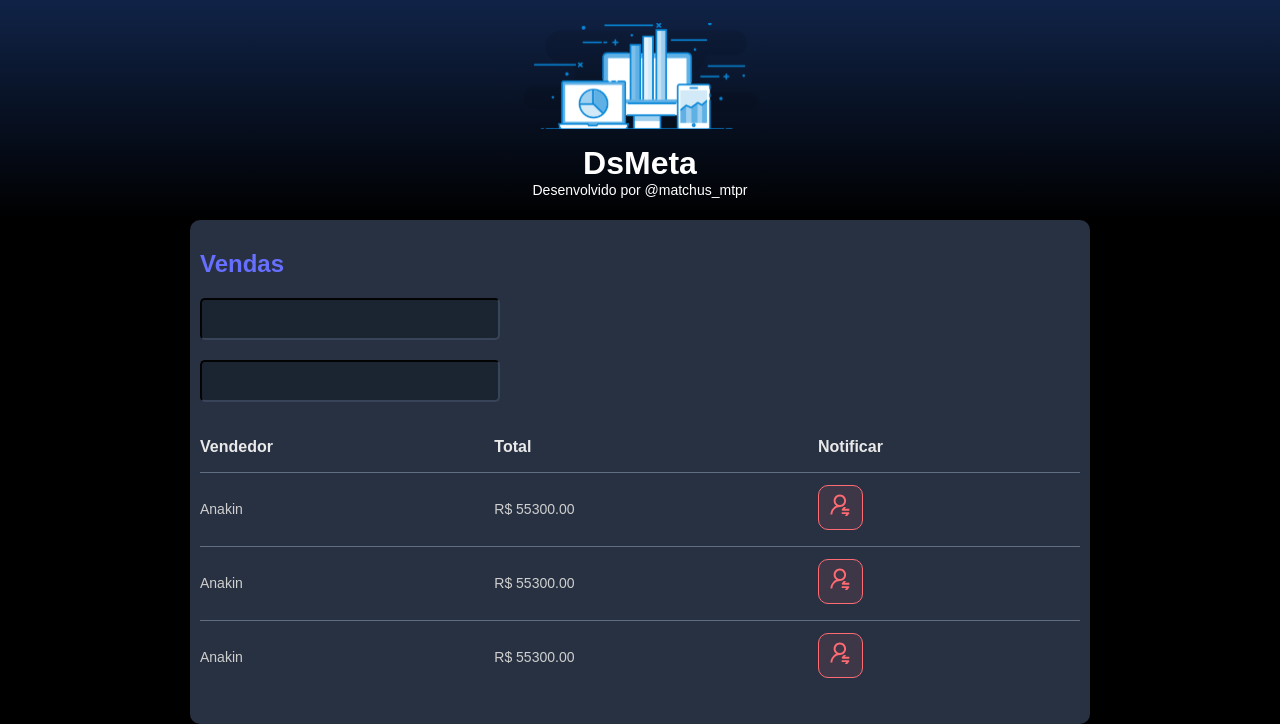
Repository: MatheusAlvesPereiraRosa/ds-meta
Page: index.html
These files come from the project's save history. The page is drawn as it stood at one moment and after the next save; the edit follows.
The browser window is 1280 px wide. The pictures show the whole page.

Above is the page before, as saved 2022-09-05 16:37:23.

After the next save:
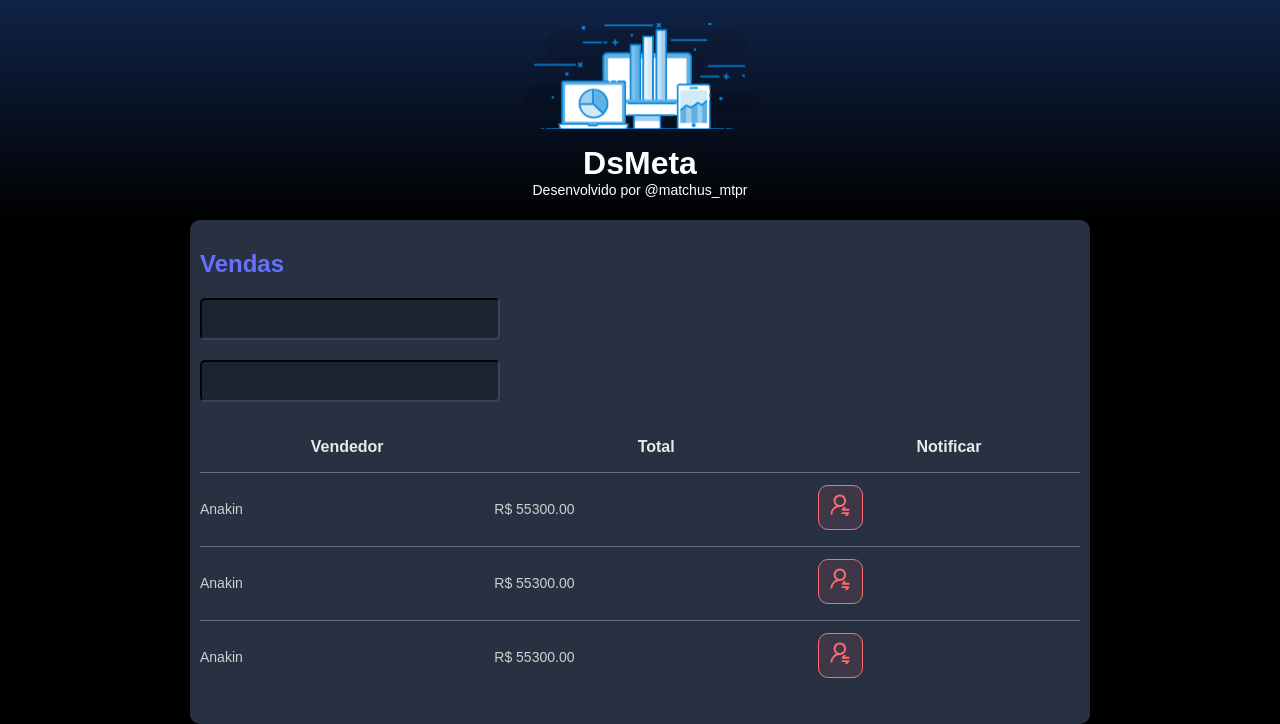
Saved 33 s later.
--- a/index.html
+++ b/index.html
@@ -39,9 +39,9 @@
               <table class="dsmeta-sales-table">
                 <thead>
                   <tr>
-                    <td>Vendedor</td>
-                    <td>Total</td>
-                    <td>Notificar</td>
+                    <th>Vendedor</th>
+                    <th>Total</th>
+                    <th>Notificar</th>
                   </tr>
                 </thead>
                 <tbody>
